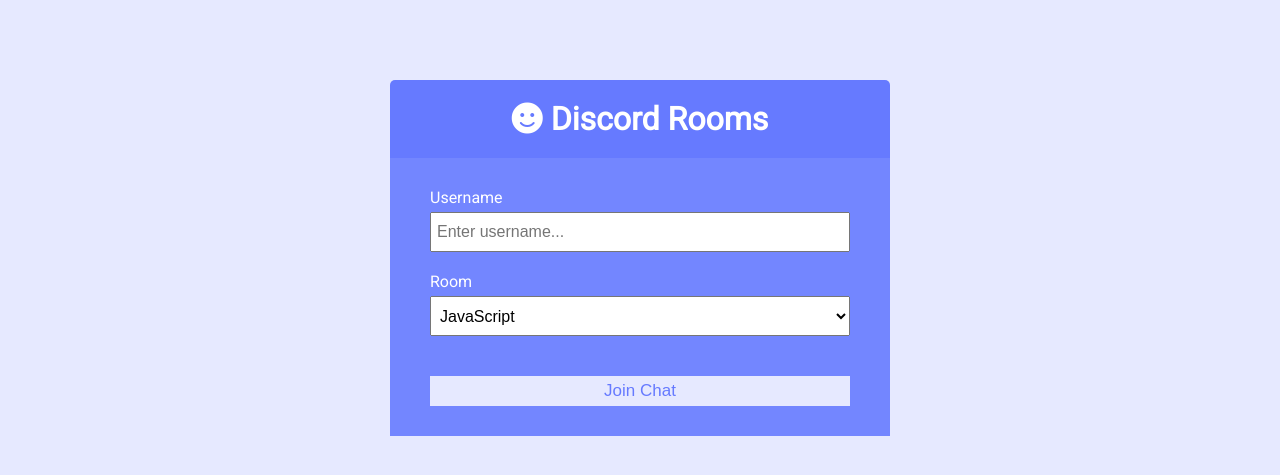
Repository: dev-bot1/Discord-Rooms
Page: public/index.html
An editor plug-in stored every save of this project. The page is shown before and after the next save, followed by the edit.
The browser window is 1280 px wide. The pictures show the whole page.
Some icons come from a web library that is not loaded, so they are not drawn. Some web libraries are served in a nearby version.

Above is the page before, as saved 2021-06-15 14:40:11.

After the next save:
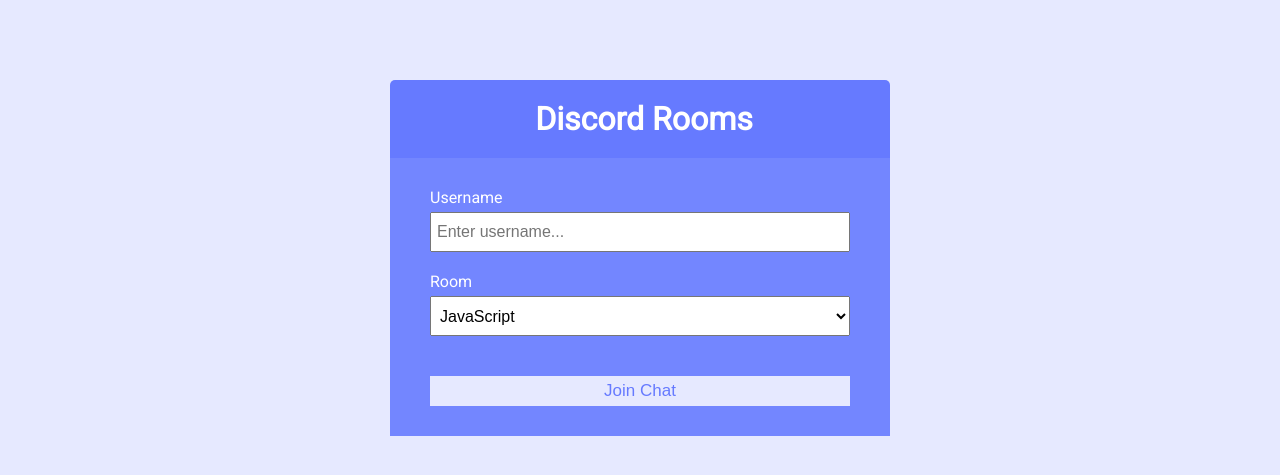
Saved 118 s later.
--- a/public/index.html
+++ b/public/index.html
@@ -16,7 +16,7 @@
 	<body>
 		<div class="join-container">
 			<header class="join-header">
-				<h1><i class="fas fa-smile"></i> Discord Rooms</h1>
+				<h1><i class="fas fa-comment-alt-dots"></i> Discord Rooms</h1>
 			</header>
 			<main class="join-main">
 				<form action="chat.html">
